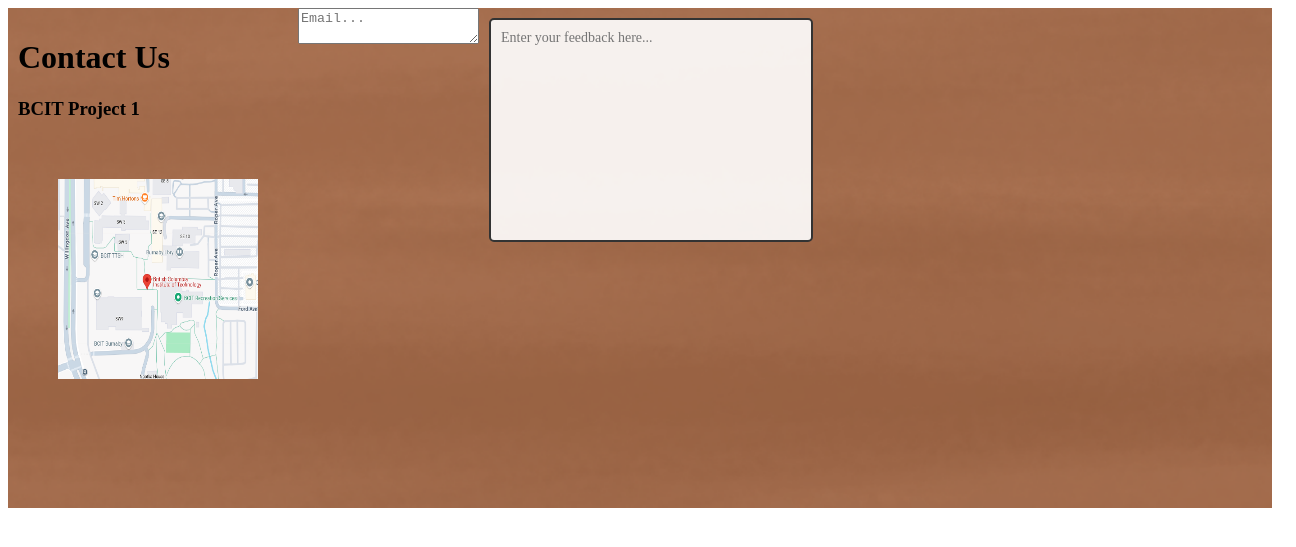
Repository: AlyssaHug/Bandit-Breakout
Page: index.html
An editor plug-in stored every save of this project. The page is shown before and after the next save, followed by the edit.
The browser window is 1280 px wide. The page is 1280 px wide, then 1296 px, so the pictures cover 1296 px, including what lies to the right of the window. The pictures show the whole page.
Some web fonts or font styles are not loaded; a fallback is used.

Above is the page before, as saved 2025-05-06 23:05:21.

### index.html
<!DOCTYPE html>
<html lang="en">
    <head>
        <meta charset="UTF-8" />
        <meta
            name="viewport"
            content="width=device-width, initial-scale=1.0" />
        <link
            rel="stylesheet"
            href="styles.css" />
        <title>Bandit Breakout</title>
    </head>
    <body>
        <header></header>
        <main>
            <div class="download-now"></div>
            <div class="Contact-us-apps"></div>
        </main>
        <footer>
            <div class="Contact-us">
                <h1>Contact Us</h1>
                <h3>BCIT Project 1</h3>
                <img
                    class="bcit-map"
                    src="img/BCIT.png"
                    alt="BCIT Map" />
            </div>
            <div class="feedback-email">
                <textarea
                    class="email-text"
                    placeholder="Email..."></textarea>
            </div>
            <div class="feedback">
                <textarea
                    class="feedback-text"
                    placeholder="Enter your feedback here..."
                    rows="5"
                    cols="40"></textarea>
            </div>
        </footer>
    </body>
</html>

### styles.css
@import url("https://fonts.googleapis.com/css2?family=Wellfleet&display=swap");

@font-face {
    font-family: "Western Bang Bang";
    src: url("fonts/WesternBangBang.ttf") format("truetype");
    font-weight: normal;
    font-style: normal;
}

:root {
    /* Font Families */
    --font-western: "Western Bang Bang", sans-serif;
    --font-wellfleet: "Wellfleet", serif;

    /* Font Sizes */
    --font-size-h1: 48px;
    --font-size-h2: 36px;
    --font-size-h3: 32px;
    --font-size-h4: 24px;
    --font-size-body: 14px;
    --font-size-caption: 11px;
}
.bcit-map {
    width: 200px;
    height: 200px;
    padding: 40px;
}
.Contact-us {
    padding: 10px 0 0 10px;
}
footer {
    background-image: url("img/board.png");
    background-size: 200% auto;
    background-repeat: no-repeat;
    background-position: center;
    min-height: 500px;
    height: 500px;
    width: 100%;
    margin: 0;
    padding: 0;
    display: flex;
}
.feedback {
    padding: 10px 0 0 10px;
    width: 300px;
    height: 100px;
}

.feedback-text {
    width: 100%;
    height: 200px;
    padding: 10px;
    border: 2px solid #333;
    border-radius: 5px;
    font-family: var(--font-wellfleet);
    font-size: var(--font-size-body);
    resize: none;
    background-color: rgba(255, 255, 255, 0.9);
}

After the next save:
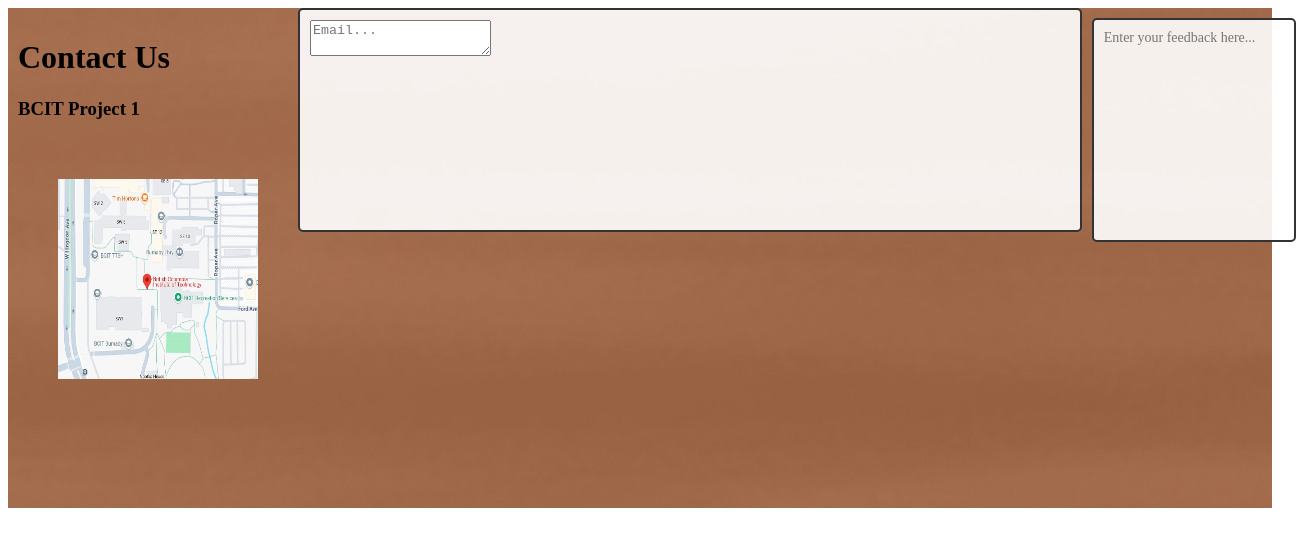
Saved 19 s later.
--- a/styles.css
+++ b/styles.css
@@ -57,3 +57,14 @@ footer {
     resize: none;
     background-color: rgba(255, 255, 255, 0.9);
 }
+.feedback-email {
+    width: 100%;
+    height: 200px;
+    padding: 10px;
+    border: 2px solid #333;
+    border-radius: 5px;
+    font-family: var(--font-wellfleet);
+    font-size: var(--font-size-body);
+    resize: none;
+    background-color: rgba(255, 255, 255, 0.9);
+}
